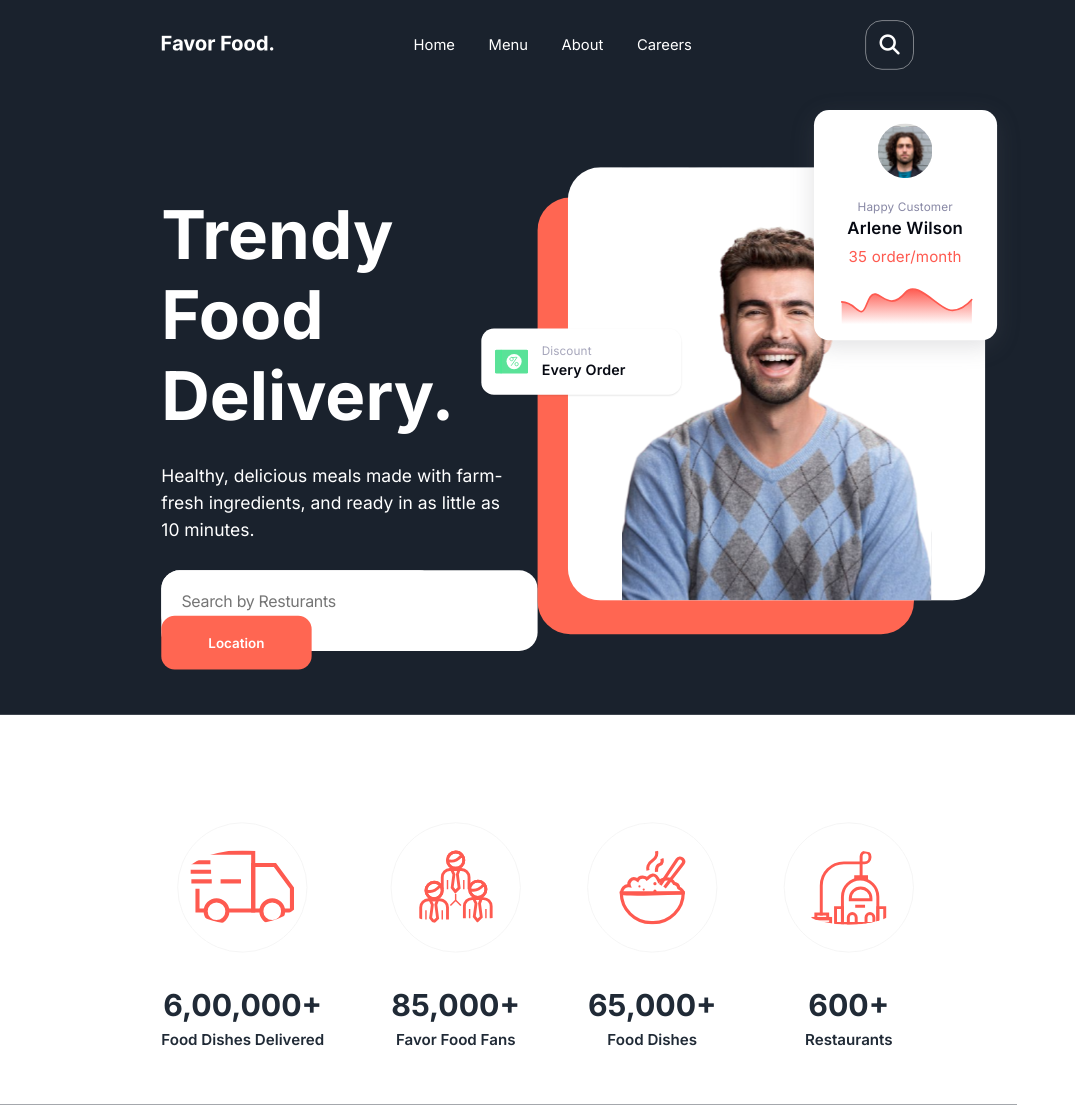
Repository: badhon252/favor-food
Page: index.html
These files come from the project's save history. The page is drawn as it stood at one moment and after the next save; the edit follows.
The browser window is 1280 px wide. The pictures show the whole page, at 84% of full size.
The style sheet was rebuilt from its Sass, Less or Tailwind sources for each picture, by a compiler version that may differ from the author's.

Above is the page before, as saved 2022-09-12 17:31:46.

After the next save:
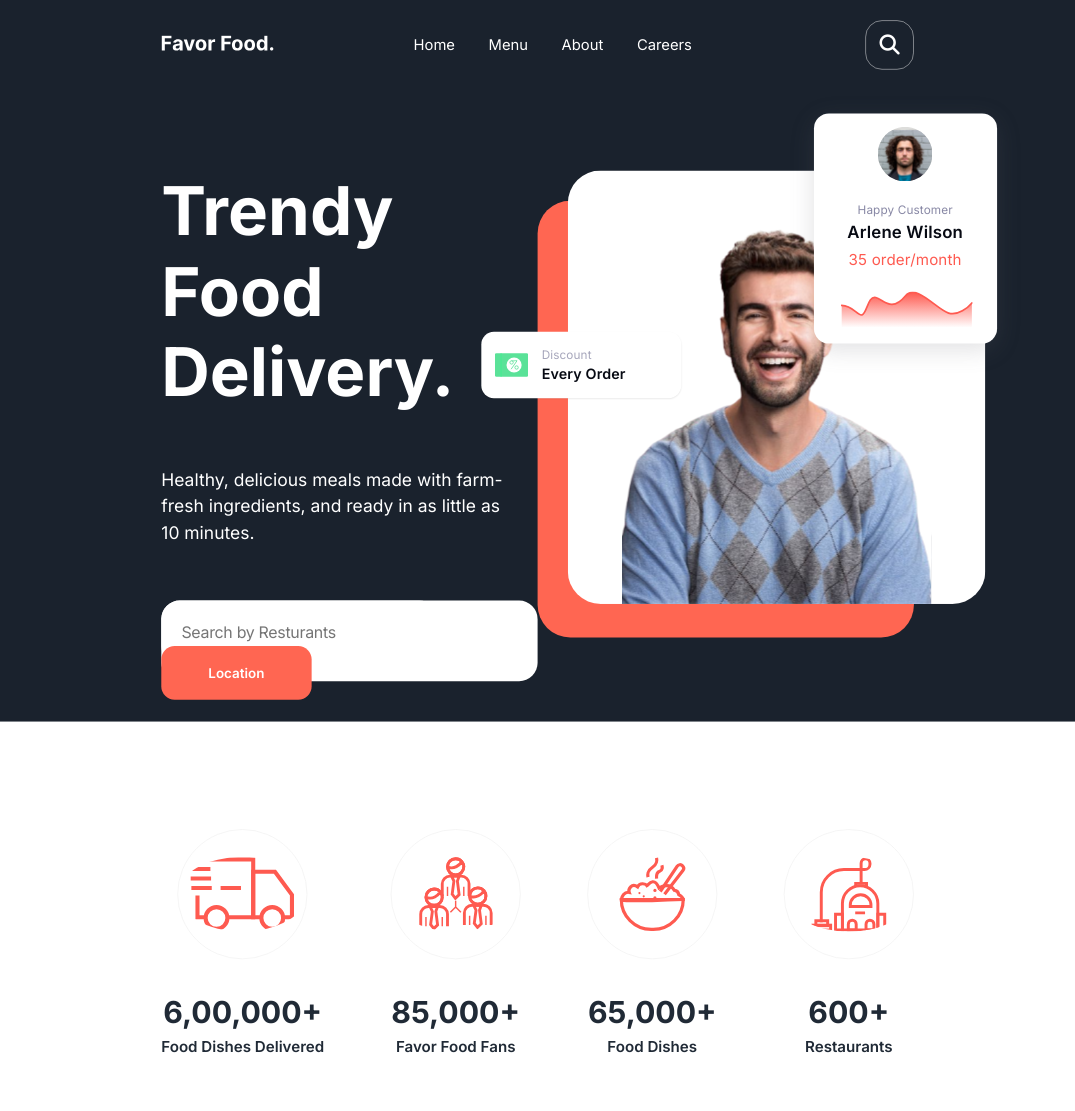
Saved 3 min 32 s later.
--- a/scss/style.scss
+++ b/scss/style.scss
@@ -108,7 +108,7 @@ header {
     p {
       font-size: 1.3rem;
       font-weight: 500;
-      margin: 2rem 0;
+      margin: 4rem 0;
       line-height: 32px;
     }
     form {
